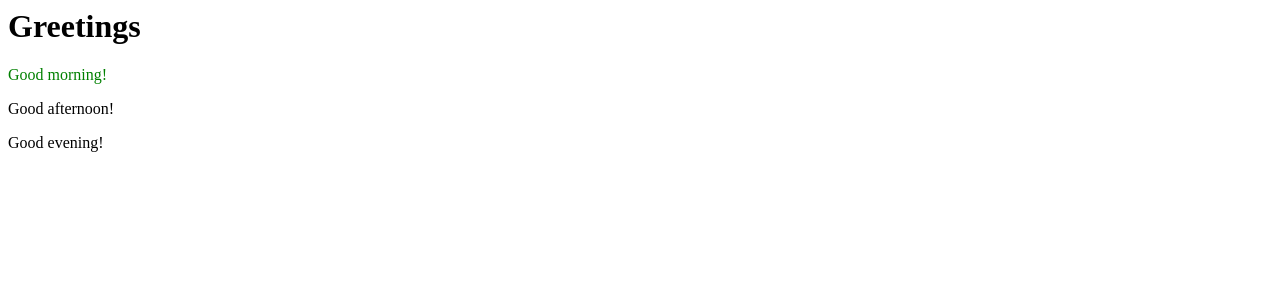
Repository: soydaizu/yamada-git1
Page: Folder_for_Exam/greeting.html
The author's editor kept a record of every edit. The page is drawn from the files as they stood at one moment, then again after the next edit.
The browser window is 1280 px wide. The pictures show the whole page.

Above is the page before.

### Folder_for_Exam/greeting.html
<html lang="ja">
    <head>
        <meta charset="UTF-8">
        <title>Greetings</title>
         <link rel="stylesheet" href="greeting.css">
    </head>
<body>
<h1>Greetings</h1>

  <div id = "greetings">
    <p id = "morning">
    Good morning!
    </p>
    <p>
    Good afternoon!
    </p>
    <p>
    Good evening!
    </p>
  </div>
</body>

### Folder_for_Exam/greeting.css
#greetings .morning {
  color: green;
}
#greetings .afternoon {
  color: red;
}
#greetings .evening {
  color: blue;
}
#morning {
  color: green;
}
#afternoon {
  color: red;
}
#evening {
  color: blue;
}

After the next edit:
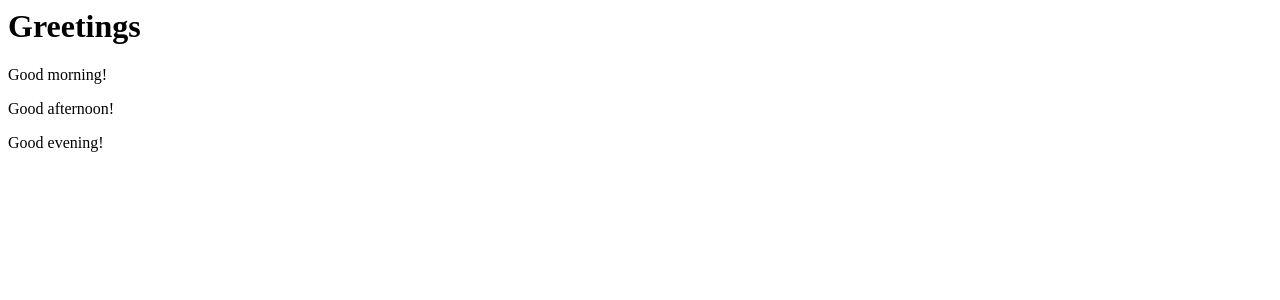
The edit:
--- a/Folder_for_Exam/greeting.css
+++ b/Folder_for_Exam/greeting.css
@@ -7,12 +7,3 @@
 #greetings .evening {
   color: blue;
 }
-#morning {
-  color: green;
-}
-#afternoon {
-  color: red;
-}
-#evening {
-  color: blue;
-}
